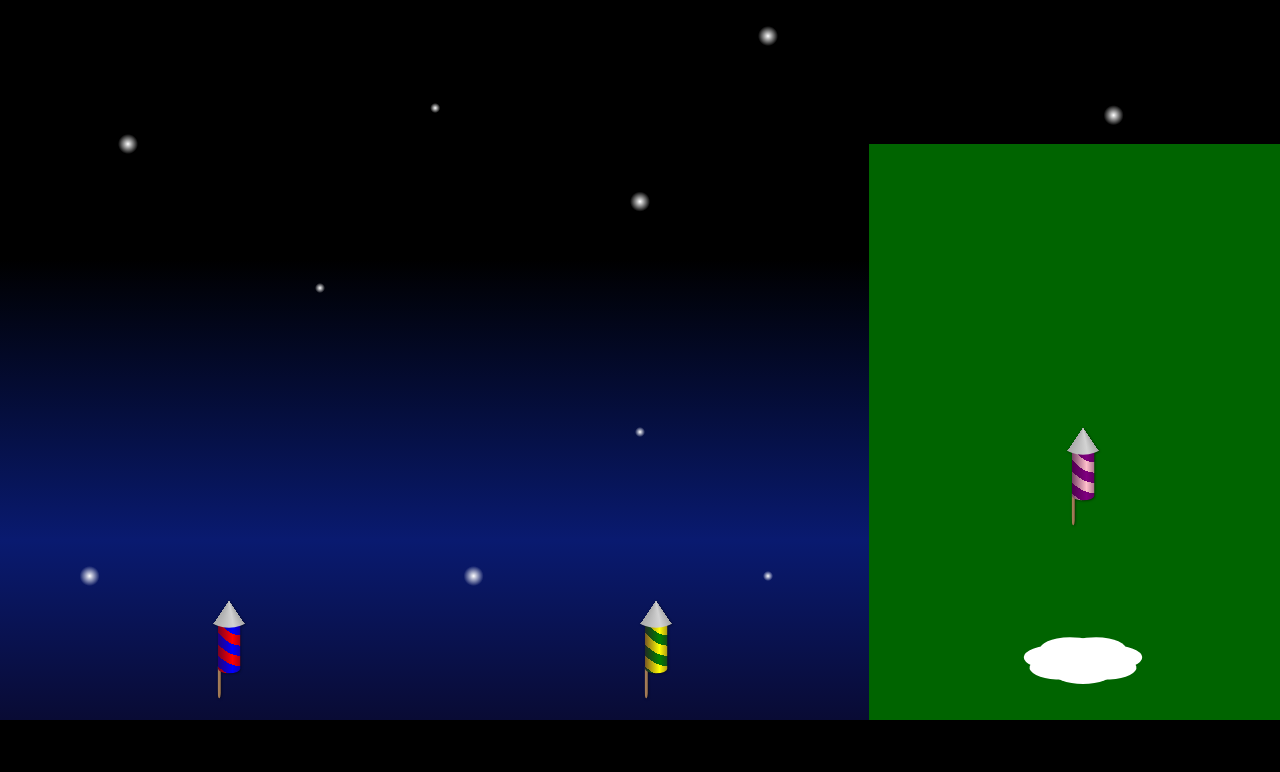
Repository: juliandecloe/CSS-To-The-Rescue---Julian-de-Cloe
Page: index.html
The author's editor kept a copy of each file at every save. The page is drawn from the files as they stood at one save, then again after the next save.
The browser window is 1280 px wide. The pictures show the whole page.

Above is the page before, as saved 2022-03-10 17:36:05.

After the next save:
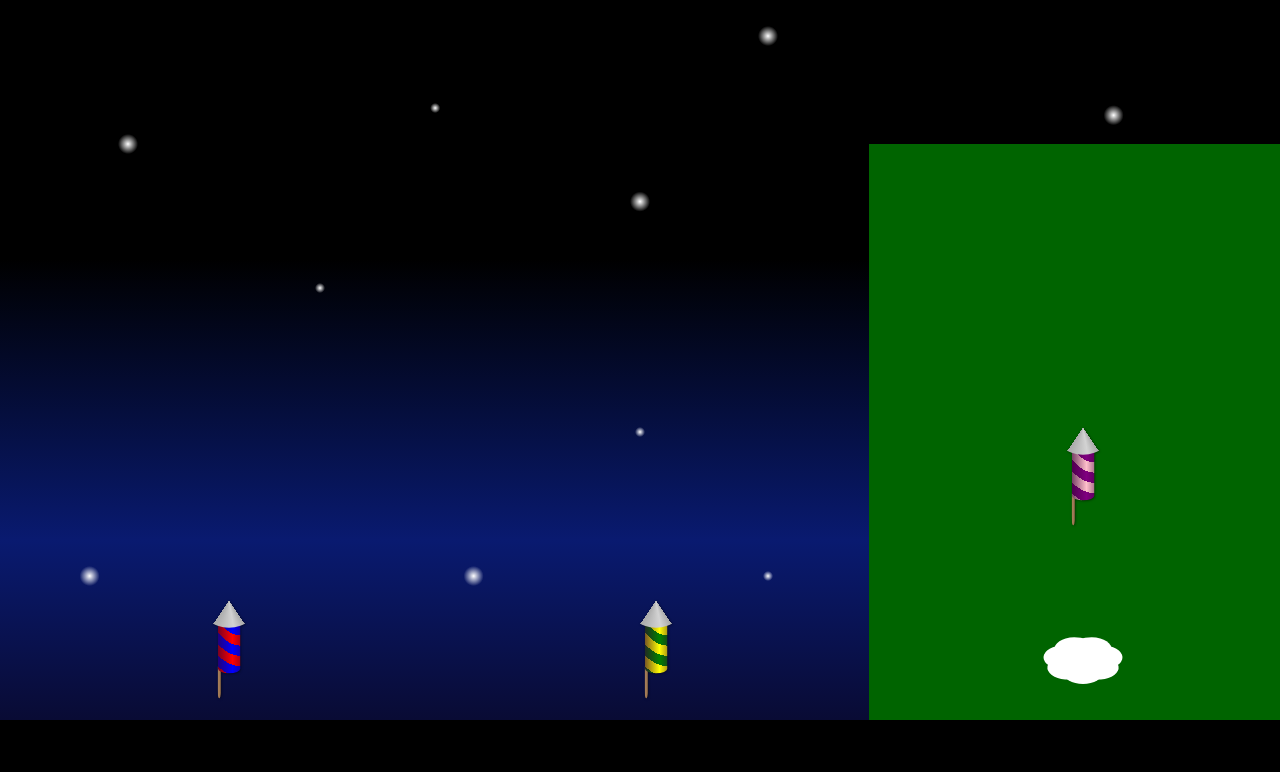
Saved 8 s later.
--- a/style.css
+++ b/style.css
@@ -588,7 +588,7 @@ section:last-child li {
 	height: 5rem;
 	/* border: 1px solid black; */
 	transform-origin: center top;
-	transform: scaleX(1.5) var(--rotate3);
+	transform: var(--rotate3);
 }
 
 /* article li:first-child {
